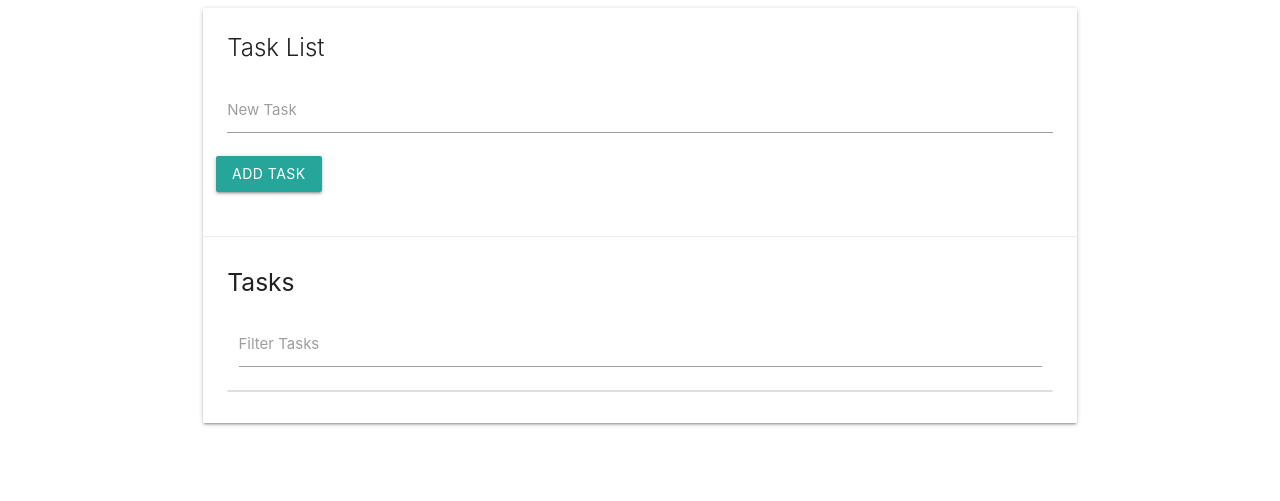
Repository: YasirGaji/Sandbox
Page: index.html
The author's editor kept a copy of each file at every save. The page is drawn from the files as they stood at one save, then again after the next save.
The browser window is 1280 px wide. The pictures show the whole page.

Above is the page before, as saved 2021-12-01 15:20:54.

After the next save:
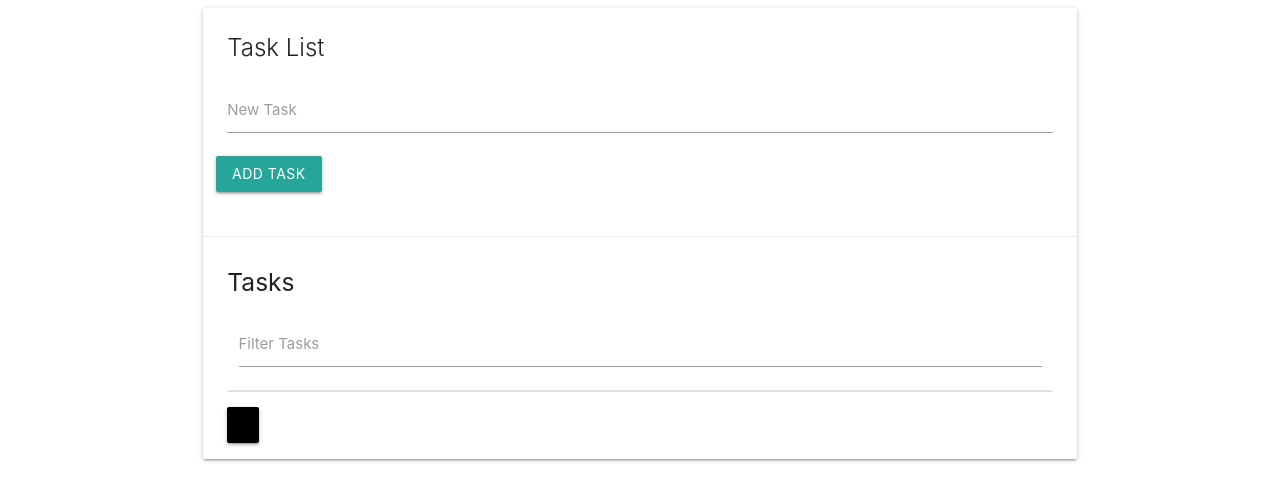
Saved 46 s later.
--- a/index.html
+++ b/index.html
@@ -40,6 +40,8 @@
             <ul class="collection">
 
             </ul>
+
+            <a href="#" class="class-tasks btn black"></a>
           </div>
         </div>
       </div>
